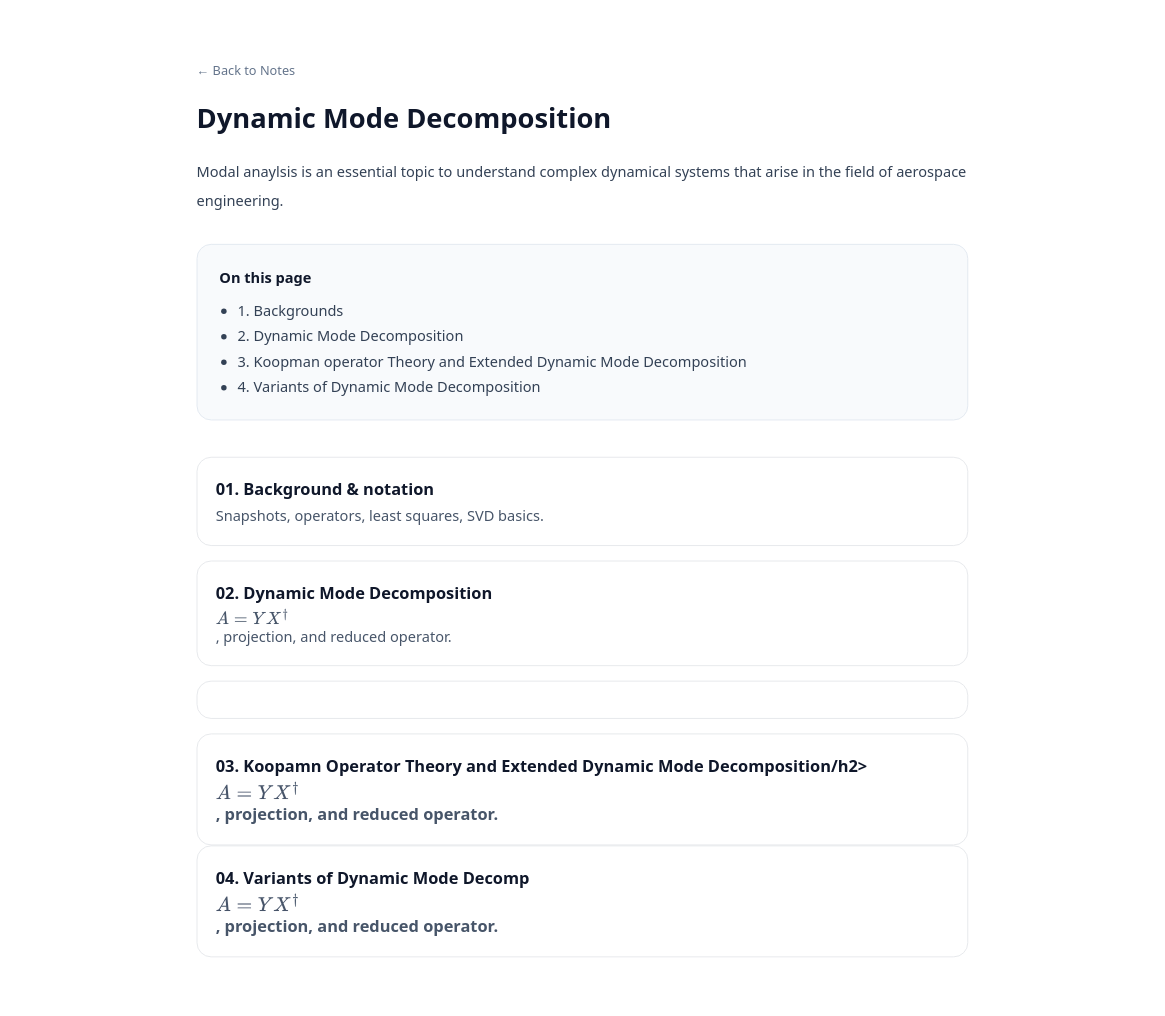
Repository: JWS625/JWS625.github.io
Page: notes/modal_analysis/index.html
These files come from the project's save history. The page is drawn as it stood at one moment and after the next save; the edit follows.
The browser window is 1280 px wide. The pictures show the whole page, at 91% of full size.
Some web libraries are served in a nearby version.

Above is the page before, as saved 2026-02-20 19:31:54.

### notes/modal_analysis/index.html
<!doctype html>
<html>
<head>
    <meta charset="utf-8">
    <meta name="viewport" content="width=device-width,initial-scale=1">
    <title>Modal Analysis | Research Notes</title>
    <script src="https://cdn.tailwindcss.com"></script>
    <script src="../../assets/mathjax-config.js"></script>
    <script defer src="https://cdn.jsdelivr.net/npm/mathjax@3/es5/tex-svg.js"></script>
</head>
<body class="bg-white text-slate-900">
<div class="max-w-4xl mx-auto px-6 py-16">

  <a href="../index.html" class="text-sm text-slate-500 hover:text-black">← Back to Notes</a>

  <h1 class="text-3xl font-semibold mt-6">Dynamic Mode Decomposition</h1>
  <p class="mt-6 leading-8 text-slate-700">
    Modal anaylsis is an essential topic to understand complex dynamical systems that arise in the field of aerospace
    engineering.
    </p>

    <!-- Quick outline -->
    <div class="mt-8 rounded-2xl border border-slate-200 p-6 bg-slate-50">
      <p class="font-semibold">On this page</p>
      <ul class="mt-3 list-disc pl-5 text-slate-700 space-y-1">
        <li>1. Backgrounds</li>
        <li>2. Dynamic Mode Decomposition</li>
        <li>3. Koopman operator Theory and Extended Dynamic Mode Decomposition</li>
        <li>4. Variants of Dynamic Mode Decomposition</li>
      </ul>
    </div>

  <div class="mt-10 space-y-4">
    <a href="01_background.html" class="block p-5 border rounded-2xl hover:bg-slate-50">
      <h2 class="text-lg font-semibold">01. Background & notation</h2>
      <p class="mt-1 text-slate-600">Snapshots, operators, least squares, SVD basics.</p>
    </a>

    <a href="02_dynamics_mode_decomposition.html" class="block p-5 border rounded-2xl hover:bg-slate-50">
      <h2 class="text-lg font-semibold">02. Dynamic Mode Decomposition</h2>
      <p class="mt-1 text-slate-600">$A=Y X^\dagger$, projection, and reduced operator.</p>
    </a>

    <a href="03_koopman_operator_theory_and_extended_dynamics_mode_decomposition.html" class="block p-5 border rounded-2xl hover:bg-slate-50">
      <h2 class="text-lg font-semibold">03. Koopamn Operator Theory and Extended Dynamic Mode Decomposition/h2>
      <p class="mt-1 text-slate-600">$A=Y X^\dagger$, projection, and reduced operator.</p>
    </a>

    <a href="04_variant_of_dynamic_mode_decomposition.html" class="block p-5 border rounded-2xl hover:bg-slate-50">
      <h2 class="text-lg font-semibold">04. Variants of Dynamic Mode Decomp</h2>
      <p class="mt-1 text-slate-600">$A=Y X^\dagger$, projection, and reduced operator.</p>
    </a>
  </div>

</div>
</body>
</html>

### assets/mathjax-config.js
window.MathJax = {
  tex: {
    inlineMath: [['$', '$'], ['\\(', '\\)']],
    processEscapes: true,
    macros: {
      // operators
      argmin: "\\operatorname*{arg\\,min}",
      argmax: "\\operatorname*{arg\\,max}",
      diag: "\\operatorname{diag}",
      tr: "\\operatorname{tr}",
      rank: "\\operatorname{rank}",
      span: "\\operatorname{span}",
      Re: "\\operatorname{Re}",
      Im: "\\operatorname{Im}",

      // common sets
      R: "\\mathbb{R}",
      C: "\\mathbb{C}",

      // bold greek
      vta: "\\boldsymbol{\\alpha}",
      vtb: "\\boldsymbol{\\beta}",
      vtf: "\\boldsymbol{\\phi}",
      vtrf: "\\boldsymbol{\\varphi}",
      vtg: "\\boldsymbol{\\gamma}",
      vtx: "\\boldsymbol{\\xi}",
      vty: "\\boldsymbol{\\psi}",
      vtF: "\\boldsymbol{\\Phi}",
      vtL: "\\boldsymbol{\\Lambda}",
      vtO: "\\boldsymbol{\\Omega}",
      vtS: "\\boldsymbol{\\Sigma}",
      vtX: "\\boldsymbol{\\Xi}",
      vtY: "\\boldsymbol{\\Psi}",

      // bold roman
      vc: "\\mathbf{c}",
      vg: "\\mathbf{g}",
      vv: "\\mathbf{v}",
      vw: "\\mathbf{w}",
      vx: "\\mathbf{x}",
      vy: "\\mathbf{y}",
      vB: "\\mathbf{B}",
      vC: "\\mathbf{C}",
      vF: "\\mathbf{F}",
      vG: "\\mathbf{G}",
      vI: "\\mathbf{I}",
      vQ: "\\mathbf{Q}",
      vX: "\\mathbf{X}",
      vY: "\\mathbf{Y}",
      vM: "\\mathbf{M}",
      vU: "\\mathbf{U}",
      vV: "\\mathbf{V}",
      vZ: "\\mathbf{Z}",

      // convenience macros with arguments
      norm: ["\\left\\lVert #1 \\right\\rVert", 1],
      abs:  ["\\left\\lvert #1 \\right\\rvert", 1],
      ip:   ["\\left\\langle #1,\\,#2 \\right\\rangle", 2],

      // differentials / measures
      dd: "\\,\\mathrm{d}"
    }
  },
  svg: { fontCache: 'global' }
};

After the next save:
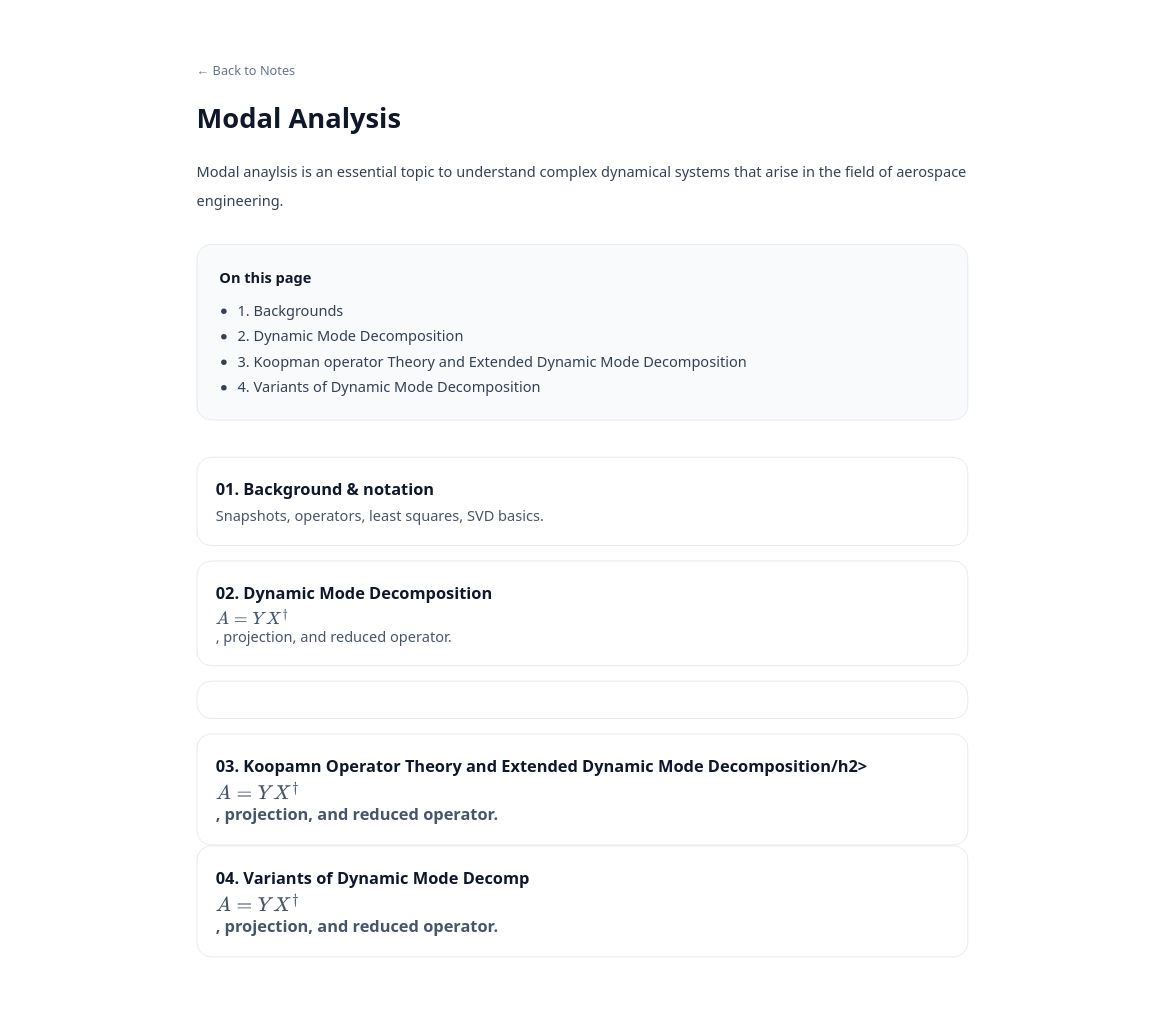
Saved 51 s later.
--- a/notes/modal_analysis/index.html
+++ b/notes/modal_analysis/index.html
@@ -13,7 +13,7 @@
 
   <a href="../index.html" class="text-sm text-slate-500 hover:text-black">← Back to Notes</a>
 
-  <h1 class="text-3xl font-semibold mt-6">Dynamic Mode Decomposition</h1>
+  <h1 class="text-3xl font-semibold mt-6">Modal Analysis</h1>
   <p class="mt-6 leading-8 text-slate-700">
     Modal anaylsis is an essential topic to understand complex dynamical systems that arise in the field of aerospace
     engineering.
